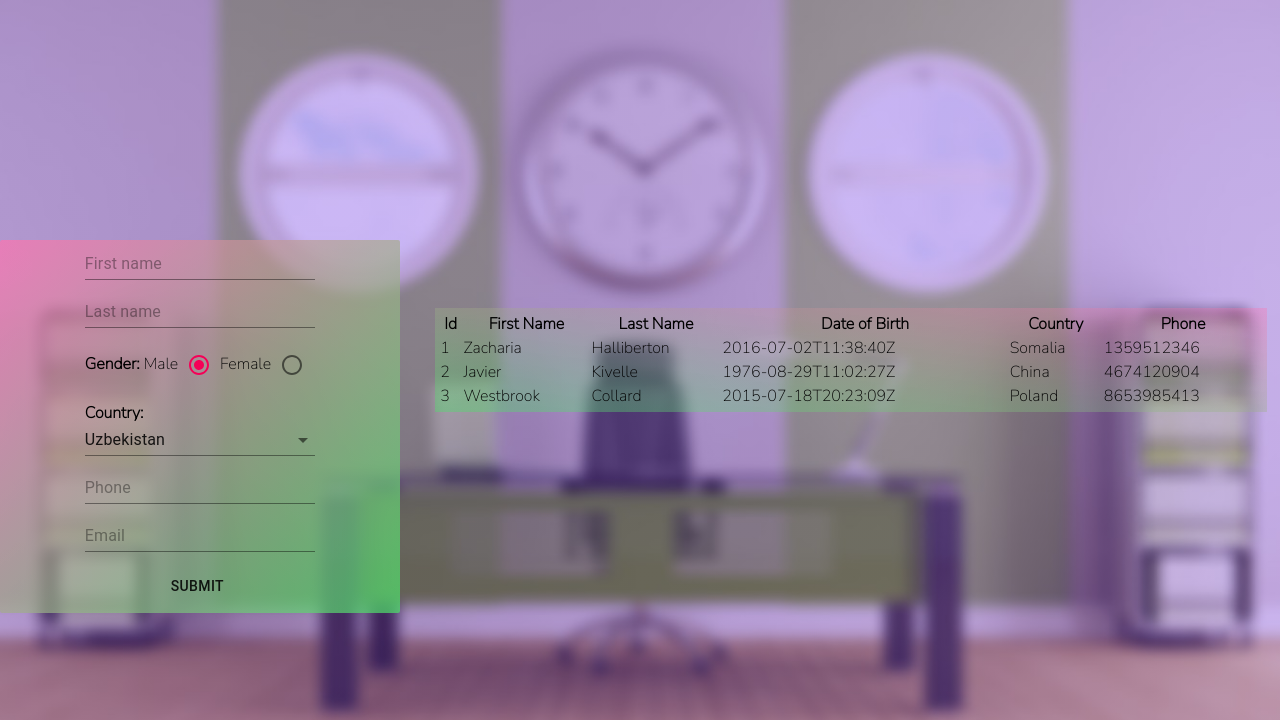
Repository: abrorsaidov/table-table
Page: /
The author's editor kept a copy of each file at every save. The page is drawn from the files as they stood at one save, then again after the next save.
The browser window is 1280 px wide. The pictures show the whole page.
The project was rebuilt for these pictures with package versions that can differ from the ones it lists, and the page was loaded fresh each time. Also part of the build but not shown: src/components/ComponentC.js.

Above is the page before, as saved 2020-12-05 00:42:01.

### src/App.js
import React, { useContext } from 'react';
import './App.css';
import UserContext from './components/userContext';
import State from './components/state';
import ComponentC from './components/ComponentC';
import Forms from './components/Forms';
import MyTable from './components/MyTable';

function App() {
    return (
        <State>
            <div className='App'>
                <Forms />
                <MyTable />
            </div>
        </State>
    );
}

export default App;

### src/App.css
@import url("https://fonts.googleapis.com/css2?family=Nunito+Sans:wght@200&display=swap");

* {
  margin: 0;
  padding: 0;
}

body {
  background: linear-gradient(
      to bottom right,
      rgba(104, 37, 238, 0.3),
      rgba(104, 37, 238, 0.3)
    ),
    url("../src/office.jpg");
  background-attachment: fixed;
  background-repeat: no-repeat;
  font-family: "Nunito Sans", sans-serif;
  background-size: cover;
}

.form-wrapper {
  background: linear-gradient(
    to bottom right,
    rgba(255, 114, 175, 0.7),
    rgba(75, 226, 105, 0.7)
  );
  display: flex;
  flex-direction: column;
  justify-content: center;
  align-items: center;
  width: 30%;
  left: 10%;
  border-radius: 2px;
  margin-top: 15em;
  /* transform: translateY(50%); */
  padding: 0.5em;
}

.text {
  width: 60%;
}
.text .country {
  display: flex;
  justify-content: space-between;
}
.text {
  margin-bottom: 1em;
}
label.main {
  font-weight: bold;
}

.submit-btn {
  background: rgba(129, 232, 27, 0.912);
  width: 60%;
  text-align: center;
  border-radius: 7px;
}
small.error {
  display: block;
  color: red;
}
small.hide {
  color: red;
  display: none;
}

option {
  cursor: pointer;
}

.inputs {
  width: 100%;
}

.myTable {
  background: linear-gradient(
    to top right,
    rgba(75, 226, 105, 0.4),
    rgba(255, 114, 175, 0.337)
  );
  position: absolute;
  width: 65%;
  top: 50%;
  transform: translateY(-50%);
  right: 1%;
  padding: 3px;
  /* justify-content: center;
  display: flex; */
}

thead {
}

### src/components/state.js
import React, { useReducer } from 'react';
import reducer from './reducer';
import UserContext from './userContext';

const State = props => {
    const initialState = {
        loading: false,
    };

    const [state, dispatch] = useReducer(reducer, initialState);

    const setLoading = () => {
        dispatch({
            type: 'LOADING',
        });
    };

    const clearLoading = () => {
        dispatch({
            type: 'CLEAR_LOADING',
        });
    };

    return (
        <UserContext.Provider
            value={{ loading: state.loading, setLoading, clearLoading }}
        >
            {props.children}
        </UserContext.Provider>
    );
};

export default State;

### src/components/MyTable.js
import React, { useMemo } from 'react';
import { useTable } from 'react-table';
import MOCK_DATA from './MOCK_DATA.json';
import { COLUMNS } from './columns';

const MyTable = () => {
    const columns = useMemo(() => COLUMNS, []);
    const data = useMemo(() => MOCK_DATA, []);

    const tableInstance = useTable({
        columns,
        data,
    });

    const {
        getTableProps,
        getTableBodyProps,
        headerGroups,
        rows,
        prepareRow,
    } = tableInstance;

    return (
        <table className={'myTable'} {...getTableProps()}>
            <thead>
                {headerGroups.map(headerGroup => (
                    <tr {...headerGroup.getHeaderGroupProps()}>
                        {headerGroup.headers.map(column => (
                            <th {...column.getHeaderProps()}>
                                {column.render('Header')}
                            </th>
                        ))}
                    </tr>
                ))}
            </thead>
            <tbody {...getTableBodyProps()}>
                {rows.map(row => {
                    prepareRow(row);
                    return (
                        <tr {...row.getRowProps()}>
                            {row.cells.map(cell => {
                                return (
                                    <td {...cell.getCellProps()}>
                                        {cell.render('Cell')}
                                    </td>
                                );
                            })}
                        </tr>
                    );
                })}
            </tbody>
        </table>
    );
};

export default MyTable;

### src/components/reducer.js
export default (state, action) => {
    switch (action.type) {
        case 'LOADING':
            return {
                ...state,
                loading: true,
            };
        case 'CLEAR_LOADING':
            return {
                ...state,
                loading: false,
            };
    }
};

### src/components/columns.js
export const COLUMNS = [
    {
        Header: 'Id',
        accessor: 'id',
    },
    {
        Header: 'First Name',
        accessor: 'first_name',
    },
    {
        Header: 'Last Name',
        accessor: 'last_name',
    },
    {
        Header: 'Date of Birth',
        accessor: 'date_of_birth',
    },
    {
        Header: 'Country',
        accessor: 'country',
    },
    {
        Header: 'Phone',
        accessor: 'phone',
    },
];

Loaded but not shown: public/index.html (common file); src/index.js (common file); src/index.css (common file); src/reportWebVitals.js (common file); src/components/userContext.js (common file); src/components/MOCK_DATA.json (32 lines, source omitted); src/components/Forms.js (492 lines, source omitted)

After the next save:
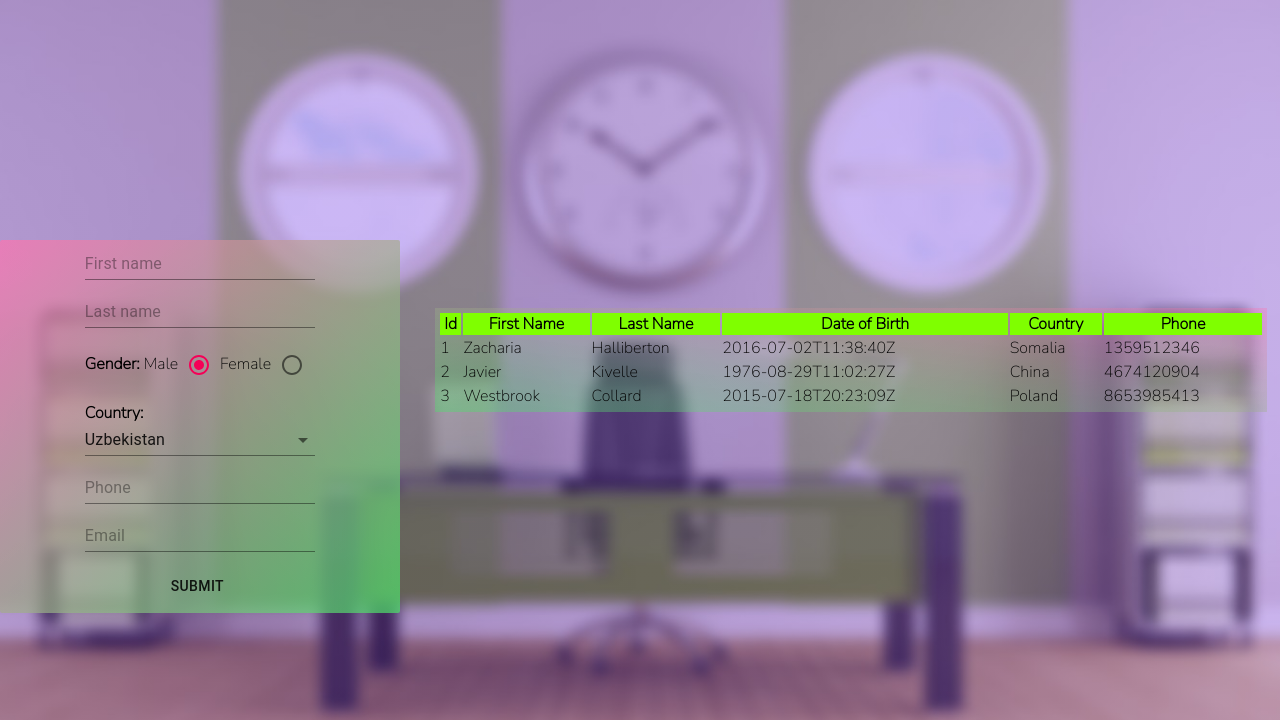
Saved 18 s later.
--- a/src/App.css
+++ b/src/App.css
@@ -90,4 +90,5 @@ option {
 }
 
 thead {
+  background: chartreuse;
 }
